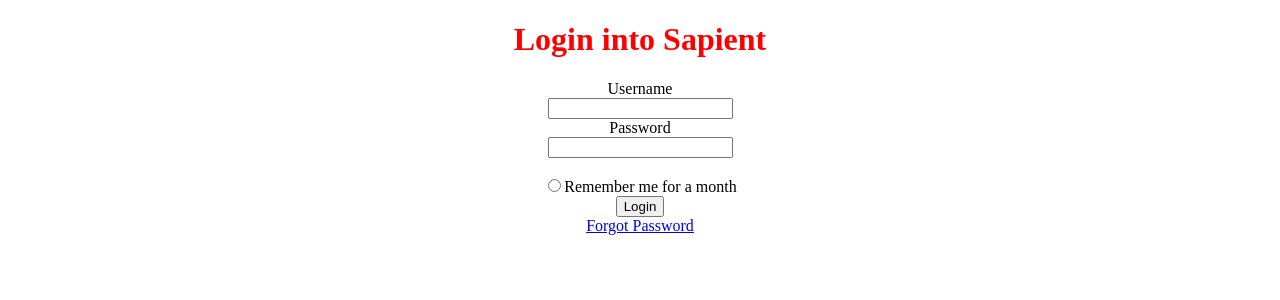
Repository: sauran/SapientTraining
Page: DemoProject/WebContent/Login.html
The author's editor kept a copy of each file at every save. The page is drawn from the files as they stood at one save, then again after the next save.
The browser window is 1280 px wide. The pictures show the whole page.

Above is the page before, as saved 2015-09-17 12:05:32.

### DemoProject/WebContent/Login.html
<!DOCTYPE html>
<html>
<head>
<link rel="stylesheet" type="text/css" href="style.css">
<meta charset="ISO-8859-1">
<title>Login</title>
</head>
<body>
<style>

div{
text-align: center;
azimuth: center;

}
</style>

<div   >
<h1 style="color: red" "text-align="right">Login into Sapient</h1>
	<form action="" method="get" id="Loginform">
		Username <br> <input type="text" name="username"><br>
		Password<br> <input type="password" name="password"><br>
		<br> <input type="radio">Remember me for a month <br>
		<!-- <input style="width: 100px" type="submit" name="Login" value="Login"> -->









	</form>
	<form action="home.html"><input type="submit" Value="Login"></form>
	<a href = "passwordrecovery.html">Forgot Password</a>

</div>


</body>
</html>

### DemoProject/WebContent/style.css
@CHARSET "ISO-8859-1";
<style>

h1 {
color :red;
font-size:150%;

}
p{
color:#E6FFE6;
font-size :150%;

}

fieldset{
  border: 1px solid rgb(255,232,57);
  width: 400px;
  margin:auto;
}

</style>

After the next save:
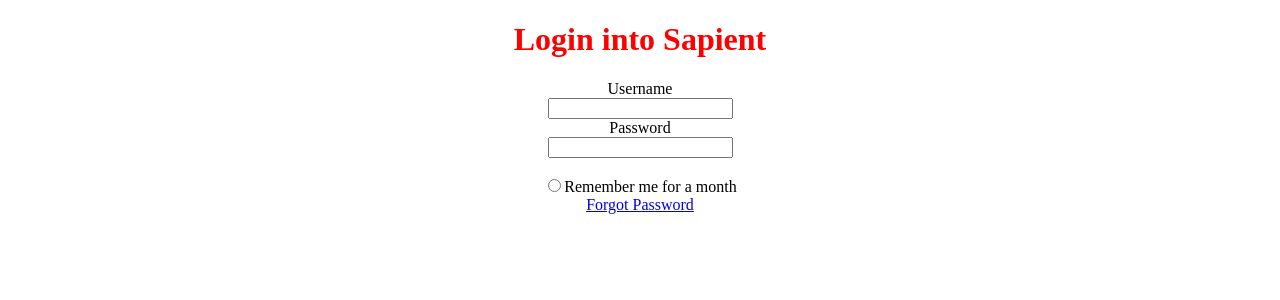
Saved 60 s later.
--- a/DemoProject/WebContent/Login.html
+++ b/DemoProject/WebContent/Login.html
@@ -32,7 +32,7 @@
 
 
 	</form>
-	<form action="home.html"><input type="submit" Value="Login"></form>
+	<!-- <form action="home.html"><input type="submit" Value="Login"></form> -->
 	<a href = "passwordrecovery.html">Forgot Password</a>
 
 </div>

After the save that followed:
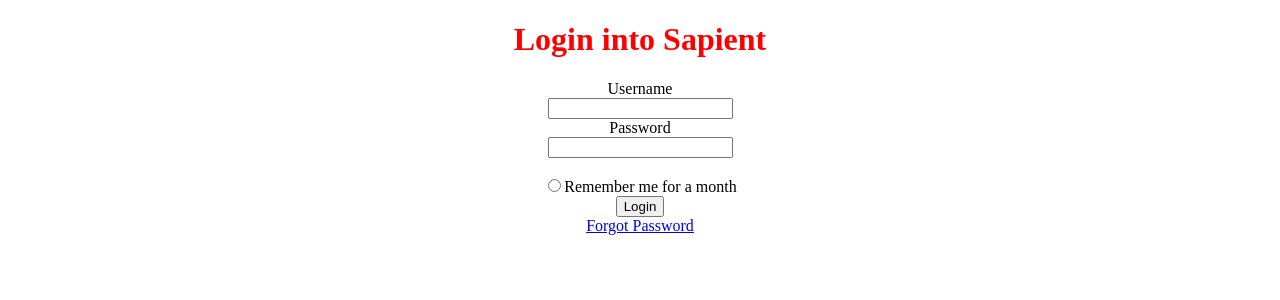
Saved 41 s later.
--- a/DemoProject/WebContent/Login.html
+++ b/DemoProject/WebContent/Login.html
@@ -32,7 +32,7 @@
 
 
 	</form>
-	<!-- <form action="home.html"><input type="submit" Value="Login"></form> -->
+	<form ><input type="submit" Value="Login"></form>
 	<a href = "passwordrecovery.html">Forgot Password</a>
 
 </div>
